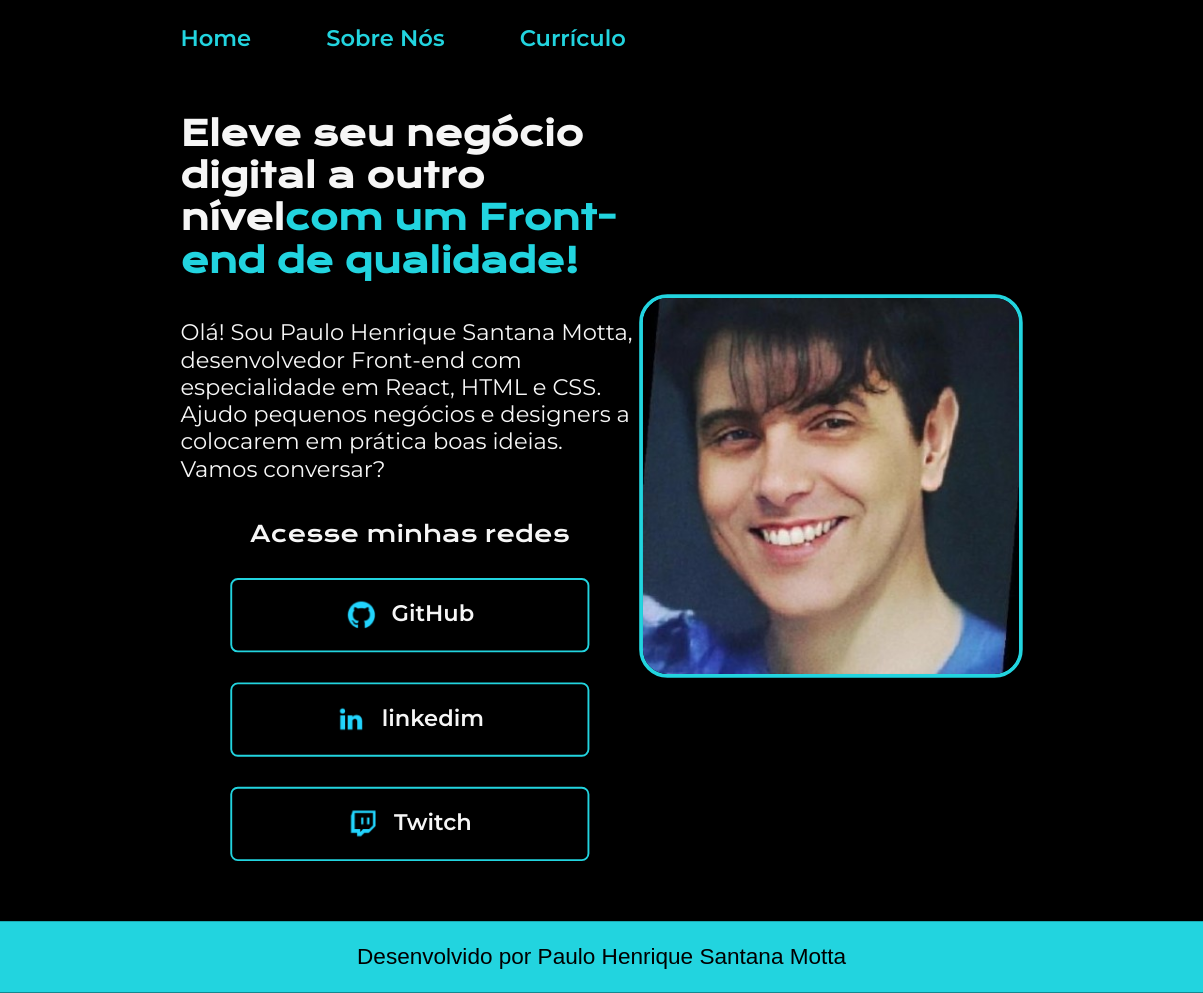
Repository: phsmottanerd/projeto-portfolio-alura
Page: index.html
These files come from the project's save history. The page is drawn as it stood at one moment and after the next save; the edit follows.
The browser window is 1280 px wide. The pictures show the whole page, at 94% of full size.

Above is the page before, as saved 2025-01-28 01:32:20.

After the next save:
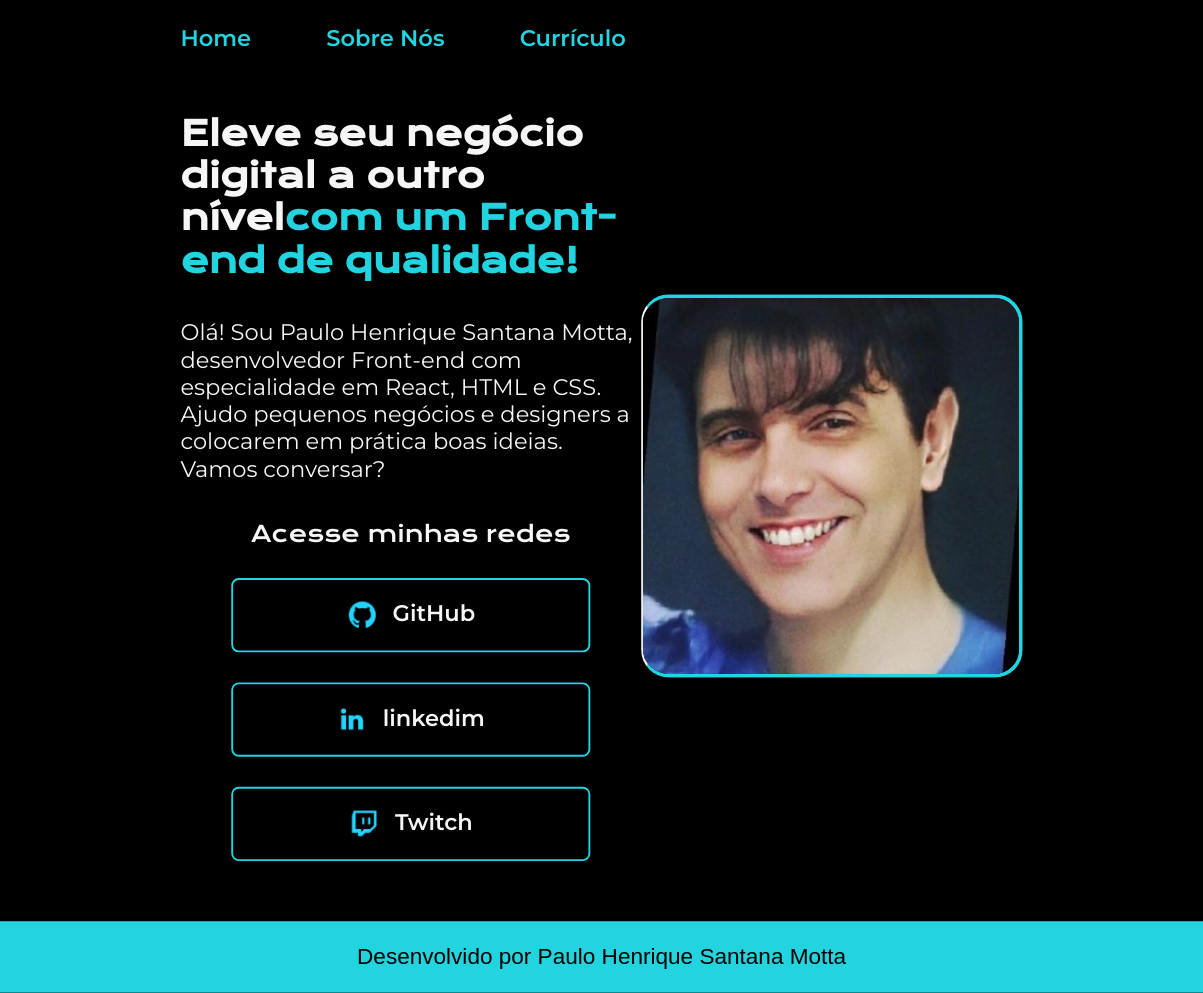
Saved 4 s later.
--- a/estilos/style.css
+++ b/estilos/style.css
@@ -103,7 +103,7 @@ body {
 .img-foto {
   border-radius: 30px;
   border: 4px solid #22d4Df;
-  border-left: 2px solid
+  border-left: 2px solid;
   width: 500px;
   heighit: 500px;
 }
